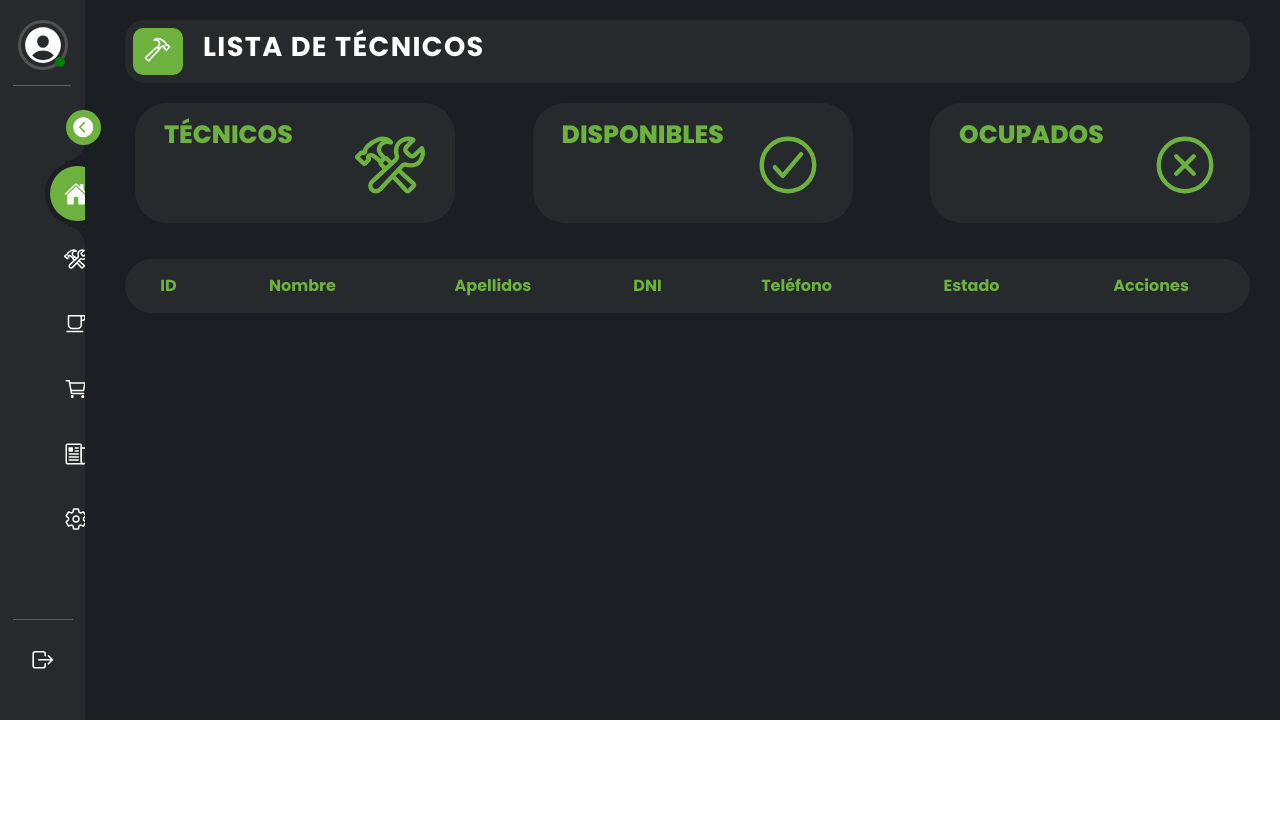
Repository: luisfelipe2023/warmisitAI
Page: http://localhost/tecnicos-lista
These files come from the project's save history. The page is drawn as it stood at one moment and after the next save; the edit follows.
The browser window is 1280 px wide. The pictures show the whole page.
The page is this project's Thymeleaf template; nobody is signed in. The template is opened directly, without the code that normally fills it, so the values that code supplies are empty.

Above is the page before, as saved 2023-11-18 00:31:27.

After the next save:
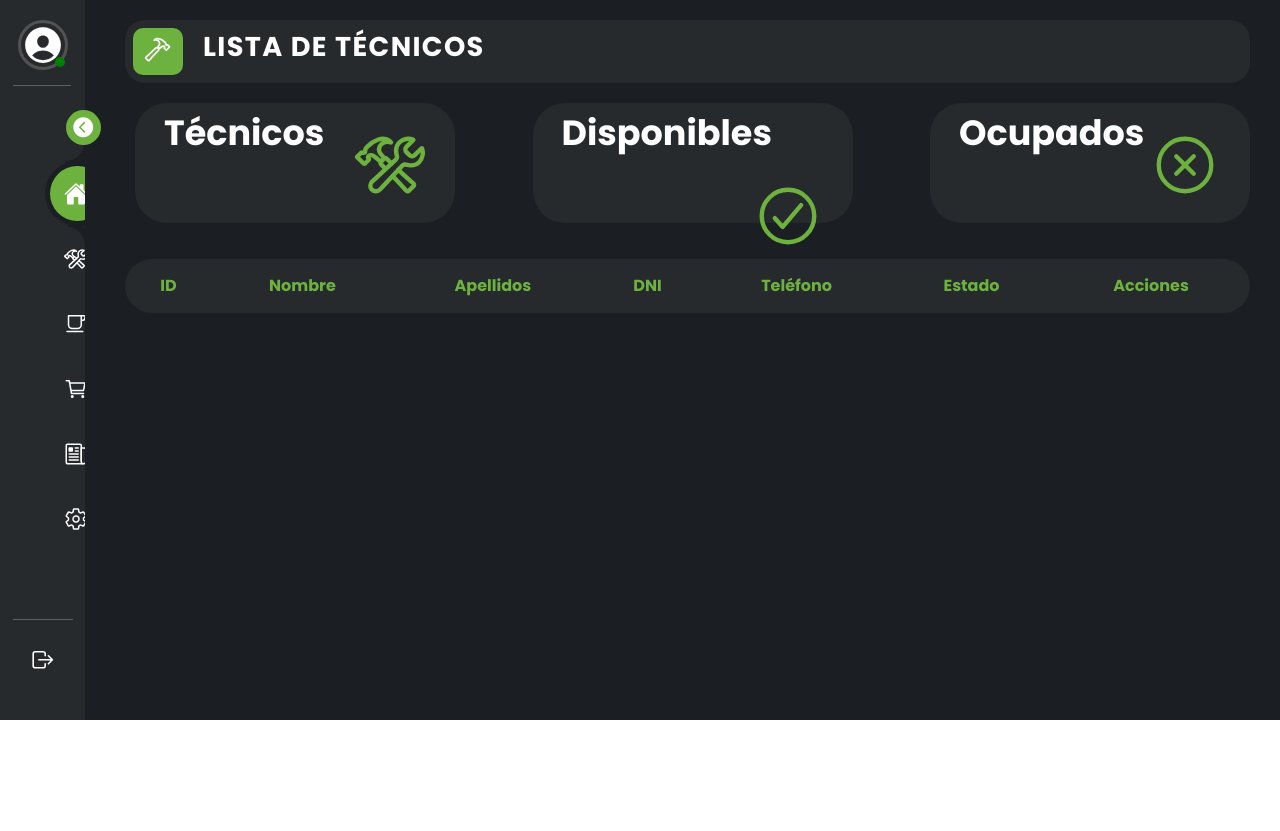
Saved 71 s later.
--- a/warmisitAI/src/main/resources/static/css/estilos.css
+++ b/warmisitAI/src/main/resources/static/css/estilos.css
@@ -393,12 +393,7 @@
 }
 
 .box p span{
-      font-size: 25px;
-      font-weight: 800;
-      text-transform: uppercase;
-      color:var(--green);
-      display: block;
-      margin-top: 2px;
+
 }
 
 .box ion-icon{

After the save that followed:
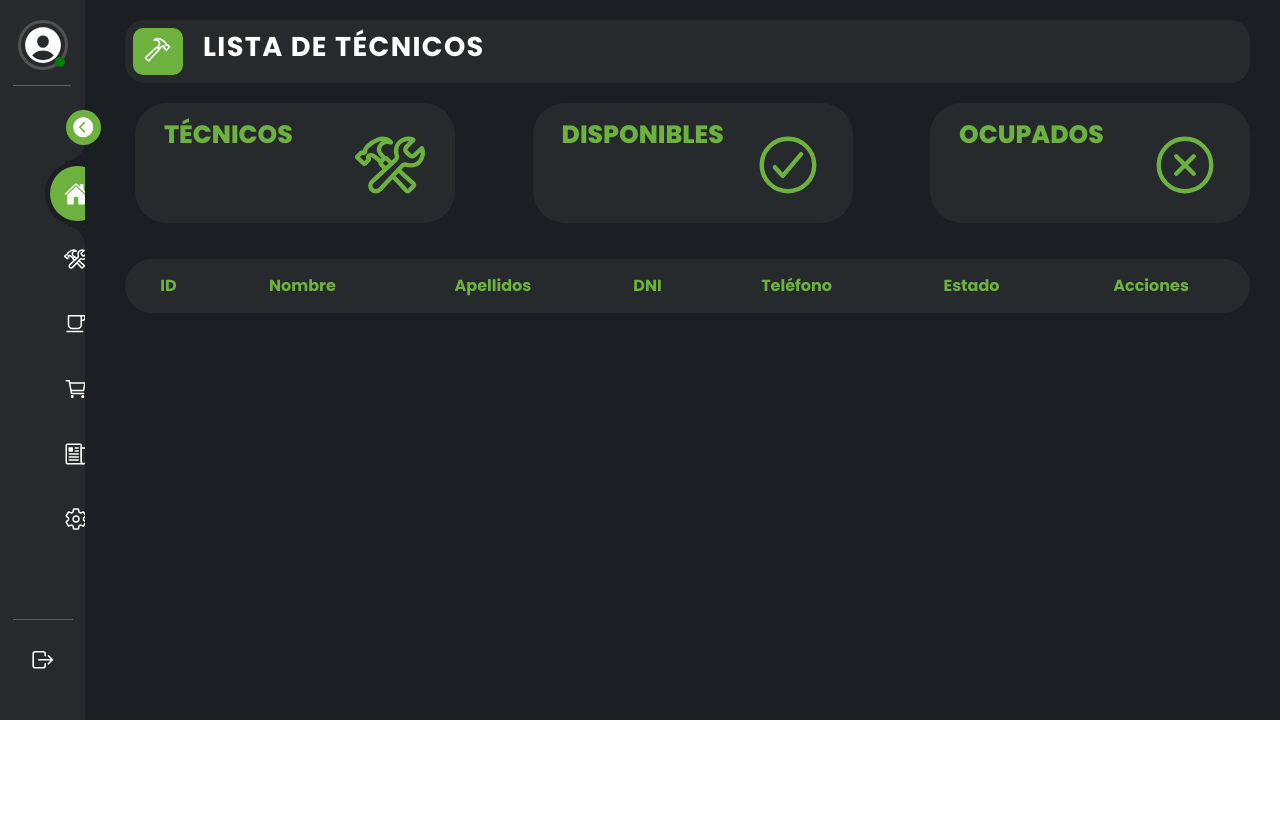
Saved 54 s later.
--- a/warmisitAI/src/main/resources/static/css/estilos.css
+++ b/warmisitAI/src/main/resources/static/css/estilos.css
@@ -393,7 +393,12 @@
 }
 
 .box p span{
-
+      font-size: 25px;
+      font-weight: 800;
+      text-transform: uppercase;
+      color:var(--green);
+      display: block;
+      margin-top: 2px;
 }
 
 .box ion-icon{
